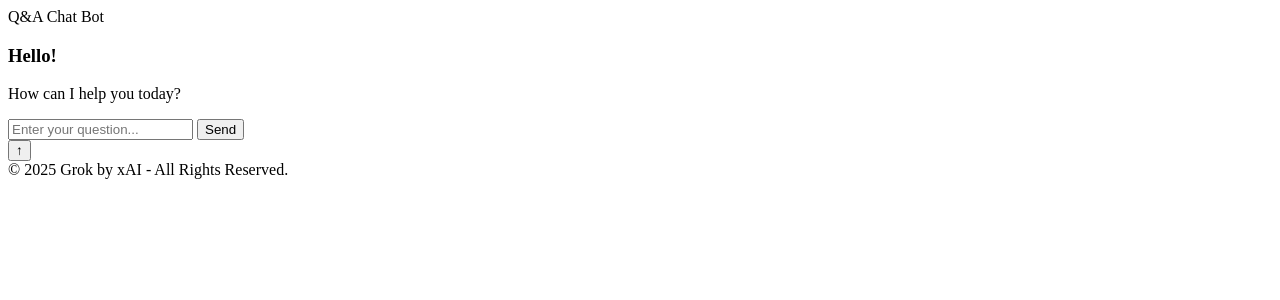
Repository: quankenda73/Prject_Final
Page: INDEX/Chat_bot.html
An editor plug-in stored every save of this project. The page is shown before and after the next save, followed by the edit.
The browser window is 1280 px wide. The pictures show the whole page.

Above is the page before, as saved 2025-04-02 15:02:01.

### INDEX/Chat_bot.html
<!DOCTYPE html>
<html lang="en">
<head>
    <meta charset="UTF-8">
    <meta name="viewport" content="width=device-width, initial-scale=1.0">
    <title>Q&A Chat Bot</title>
</head>
<body>

    <!-- Header -->
    <div class="header">Q&A Chat Bot</div>

    <!-- Chat container -->
    <div class="chat-container">
        <div class="chat-box" id="chat-body">
            <div class="chat-message bot-message">
                <h3>Hello!</h3>
                <p>How can I help you today?</p>
            </div>
        </div>
        <div class="chat-input">
            <input type="text" id="user-input" placeholder="Enter your question..." onkeypress="if(event.key === 'Enter') sendMessage();" />
            <button onclick="sendMessage()">Send</button>
        </div>
    </div>

    <!-- Scroll to top button -->
    <button class="scroll-top" onclick="scrollToTop()">↑</button>

    <!-- Footer -->
    <div class="footer">© 2025 Grok by xAI - All Rights Reserved.</div>

    <script>
        async function sendMessage() {
            const userInput = document.getElementById('user-input').value.trim();
            if (!userInput) return;

            appendMessage(userInput, 'user-message');

            try {
                const response = await fetch('http://localhost:3000/api/generate', {
                    method: 'POST',
                    headers: { 'Content-Type': 'application/json' },
                    body: JSON.stringify({ text: userInput })
                });

                if (!response.ok) {
                    throw new Error(`HTTP Error: ${response.status}`);
                }

                const data = await response.json();
                let botReply = extractBotReply(data);

                if (isStudyRelated(userInput)) {
                    botReply = formatStudyResponse(botReply);
                } else {
                    botReply = formatGeneralResponse(botReply);
                }

                appendMessage(botReply, 'bot-message');

            } catch (error) {
                console.error('Error:', error);
                appendMessage('<h3>Error</h3><p>Server connection error. Please try again later.</p>', 'bot-message');
            }

            document.getElementById('user-input').value = '';
            updateScrollTopButton();
        }

        function isStudyRelated(input) {
            const studyKeywords = ['math', 'equation', 'function', 'solve', 'study', 'exercise', 'physics', 'chemistry', 'literature', 'history', 'geography', 'geometry', 'algebra', 'integral', 'derivative', 'english', 'history', 'geography', 'physics', 'chemistry'];
            return studyKeywords.some(keyword => input.toLowerCase().includes(keyword));
        }

        function formatStudyResponse(reply) {
            return `
                <h3>Answer</h3>
                <p>${reply}</p>
                <h3>Reference Materials</h3>
                <ul>
                    <li>YouTube Video: <a href="https://www.youtube.com/watch?v=IWtkS9nBNkA" target="_blank">Related Topic Guide</a></li>
                    <li>PDF: <a href="https://www.mathsisfun.com/algebra/quadratic-equation.html" target="_blank">Detailed Material</a></li>
                </ul>
                <p><strong>Follow-up Question:</strong> Would you like me to explain any other problems?</p>
            `;
        }

        function formatGeneralResponse(reply) {
            return `
                <h3>Answer</h3>
                <p>${reply}</p>
            `;
        }

        function extractBotReply(data) {
            return data.reply || 'Sorry, I don\'t understand your question.';
        }

        function appendMessage(text, className) {
            const chatBody = document.getElementById('chat-body');
            const messageDiv = document.createElement('div');
            messageDiv.className = `chat-message ${className}`;
            messageDiv.innerHTML = text;
            chatBody.appendChild(messageDiv);
            chatBody.scrollTop = chatBody.scrollHeight;
        }

        function scrollToTop() {
            document.getElementById('chat-body').scrollTo({ top: 0, behavior: 'smooth' });
        }

        function updateScrollTopButton() {
            const chatBox = document.getElementById('chat-body');
            const scrollTopBtn = document.querySelector('.scroll-top');
            if (chatBox.scrollTop > 300) {
                scrollTopBtn.classList.add('show');
            } else {
                scrollTopBtn.classList.remove('show');
            }
        }

        document.getElementById('chat-body').addEventListener('scroll', updateScrollTopButton);
    </script>
</body>
</html>

### CSS/Home_Page.css

        /* Giữ nguyên toàn bộ CSS từ Home_Page.html trước đó */
        * {
            margin: 0;
            padding: 0;
            box-sizing: border-box;
            font-family: 'Segoe UI', Arial, sans-serif;
        }

        body {
            line-height: 1.6;
            color: #333;
            background-color: #f5f6fa;
            margin: 0;
        }

        header {
            background: linear-gradient(135deg, #007bff, #0056b3);
            color: white;
            padding: 2rem 0;
            position: relative;
            margin: 0;
        }

        .header-content {
            max-width: 1200px;
            margin: 0 auto;
            padding: 0 20px;
            text-align: center;
        }

        .header-content h1 {
            font-size: 2.5rem;
            margin-bottom: 0.5rem;
            animation: fadeInDown 1s ease;
        }

        .header-content p {
            font-size: 1.2rem;
            opacity: 0.9;
        }

        .login-container {
            position: absolute;
            top: 20px;
            right: 20px;
            display: flex;
            align-items: center;
            gap: 10px;
        }

        .login-link,
        .signup-link,
        .user-info,
        .logout-link {
            color: white;
            text-decoration: none;
            font-weight: 500;
            transition: opacity 0.3s, background 0.3s;
        }

        .signup-link,
        .logout-link {
            padding: 8px 15px;
            background: #0056b3;
            border-radius: 20px;
        }

        .login-link:hover,
        .signup-link:hover,
        .logout-link:hover {
            opacity: 0.8;
        }

        .signup-link:hover,
        .logout-link:hover {
            background: #003d5b;
        }

        .search-container {
            margin-top: 20px;
            display: flex;
            justify-content: center;
            gap: 10px;
        }

        .search-container input {
            padding: 10px 15px;
            width: 300px;
            border: none;
            border-radius: 25px;
            box-shadow: 0 2px 5px rgba(0,0,0,0.1);
        }

        .search-container button {
            padding: 10px 20px;
            background-color: #fff;
            color: #007bff;
            border: none;
            border-radius: 25px;
            cursor: pointer;
            transition: background-color 0.3s;
        }

        .search-container button:hover {
            background-color: #e9ecef;
        }

        nav {
            background-color: #ffffff;
            padding: 1rem 0;
            box-shadow: 0 2px 10px rgba(0,0,0,0.1);
            position: sticky;
            top: 0;
            z-index: 1000;
            margin: 0;
        }

        nav a {
            color: #2c3e50;
            text-decoration: none;
            padding: 12px 25px;
            margin: 0 10px;
            border-radius: 25px;
            transition: all 0.3s ease;
            font-weight: 500;
            cursor: pointer;
        }

        nav a:hover,
        nav a.active {
            background-color: #007bff;
            color: white;
            transform: translateY(-2px);
        }

        nav a.disabled {
            color: #888;
            cursor: not-allowed;
            pointer-events: none;
        }

        .slider {
            height: 500px;
            position: relative;
            overflow: hidden;
            background: #000;
            margin: 0;
        }

        .slider-images {
            display: flex;
            height: 100%;
            width: 500%;
            transition: transform 0.5s ease-in-out;
        }

        .slider-images img {
            width: 20%;
            height: 100%;
            object-fit: cover;
            flex-shrink: 0;
            opacity: 0.85;
            transition: opacity 0.3s;
        }

        .slider-caption {
            position: absolute;
            bottom: 30px;
            left: 50%;
            transform: translateX(-50%);
            color: white;
            text-align: center;
            background: rgba(0, 0, 0, 0.6);
            padding: 15px 30px;
            border-radius: 25px;
            animation: fadeInUp 1s ease;
        }

        .slider-nav {
            position: absolute;
            top: 50%;
            width: 100%;
            display: flex;
            justify-content: space-between;
            transform: translateY(-50%);
            padding: 0 20px;
        }

        .slider-nav button {
            background-color: rgba(255,255,255,0.9);
            color: #007bff;
            width: 45px;
            height: 45px;
            border-radius: 50%;
            border: none;
            font-size: 1.2rem;
            cursor: pointer;
            transition: all 0.3s;
        }

        .slider-nav button:hover {
            background-color: #007bff;
            color: white;
            transform: scale(1.1);
        }

        .slider-dots {
            position: absolute;
            bottom: 15px;
            left: 50%;
            transform: translateX(-50%);
            display: flex;
            gap: 10px;
        }

        .slider-dots .dot {
            width: 12px;
            height: 12px;
            background: rgba(255,255,255,0.5);
            border-radius: 50%;
            cursor: pointer;
            transition: all 0.3s;
        }

        .slider-dots .dot.active {
            background: #007bff;
            transform: scale(1.2);
        }

        .content-wrapper {
            display: flex;
            flex-wrap: wrap;
            max-width: 1400px;
            margin: 0;
            padding: 0 20px 0 0;
            gap: 20px;
        }

        main {
            flex: 1;
            max-width: 1200px;
            margin: 0;
            padding: 40px 20px;
            display: grid;
            grid-template-columns: repeat(auto-fit, minmax(300px, 1fr));
            gap: 30px;
            min-width: 0;
        }

        section {
            background: white;
            padding: 25px;
            border-radius: 10px;
            box-shadow: 0 4px 15px rgba(0,0,0,0.1);
            transition: transform 0.3s, box-shadow 0.3s;
            border: 2px solid #007bff;
        }

        section:hover {
            transform: translateY(-5px);
            box-shadow: 0 8px 20px rgba(0,0,0,0.15);
        }

        section i {
            font-size: 2.5rem;
            color: #007bff;
            margin-bottom: 15px;
        }

        section h2 {
            color: #2c3e50;
            margin-bottom: 15px;
            font-size: 1.5rem;
            text-transform: uppercase;
        }

        .btn {
            display: inline-block;
            padding: 10px 20px;
            background-color: #007bff;
            color: white;
            text-decoration: none;
            border-radius: 25px;
            margin-top: 15px;
            transition: all 0.3s;
            cursor: pointer;
        }

        .btn:hover {
            background-color: #0056b3;
            transform: translateY(-2px);
        }

        .btn.disabled {
            background-color: #888;
            cursor: not-allowed;
            pointer-events: none;
        }

        .sidebar {
            width: 200px;
            height: auto;
            background-color: #2c3e50;
            position: static;
            padding: 20px 0;
            box-shadow: 2px 0 5px rgba(0, 0, 0, 0.1);
            overflow-y: auto;
            transition: all 0.3s ease;
            margin: 0;
            color: #fff;
        }

        .sidebar-header {
            text-align: center;
            padding-bottom: 20px;
            border-bottom: 1px solid #ddd;
        }

        .sidebar-logo {
            width: 40px;
            height: 40px;
            border-radius: 50%;
            margin-bottom: 10px;
        }

        .sidebar-header h2 {
            font-size: 1.3rem;
            color: #4dabf7;
            margin: 0;
            font-weight: 600;
        }

        .sidebar-menu {
            list-style: none;
            padding: 0;
            margin: 0;
        }

        .sidebar-menu li {
            padding: 10px 15px;
        }

        .sidebar-menu a {
            text-decoration: none;
            color: #fff;
            font-size: 0.95rem;
            display: flex;
            align-items: center;
            gap: 8px;
            transition: all 0.3s ease;
            border-radius: 5px;
            cursor: pointer;
        }

        .sidebar-menu a i {
            font-size: 1.1rem;
            color: #4dabf7;
        }

        .sidebar-menu a:hover,
        .sidebar-menu a.active {
            background-color: #4dabf7;
            color: white;
        }

        .sidebar-menu a:hover i,
        .sidebar-menu a.active i {
            color: white;
        }

        .sidebar-menu a.disabled {
            color: #888;
            cursor: not-allowed;
            pointer-events: none;
        }

        footer {
            background: #003d5b;
            color: white;
            padding: 50px 20px;
            border-top: 4px solid #007bff;
            margin: 0;
        }

        .footer-title {
            text-align: center;
            padding-bottom: 20px;
        }

        .footer-content {
            max-width: 1200px;
            margin: 0 auto;
            display: grid;
            grid-template-columns: 1fr;
            gap: 40px;
        }

        .footer-content h2 {
            font-size: 2rem;
            margin-bottom: 20px;
            color: #fff;
            text-transform: uppercase;
        }

        .test-categories {
            display: grid;
            grid-template-columns: repeat(auto-fit, minmax(180px, 1fr));
            gap: 20px;
            justify-content: space-between;
        }

        .test-category {
            background: rgba(255,255,255,0.1);
            padding: 20px;
            border-radius: 10px;
            transition: all 0.3s;
        }

        .test-category:hover {
            background: rgba(255,255,255,0.2);
            transform: translateY(-5px);
        }

        .test-category h3 {
            color: #fff;
            margin-bottom: 15px;
            font-size: 1.2rem;
        }

        .test-category p {
            color: #e9ecef;
            font-size: 0.95rem;
            margin: 5px 0;
        }

        .footer-info {
            text-align: center;
            margin-top: 30px;
            padding-top: 20px;
            border-top: 1px solid rgba(255,255,255,0.2);
        }

        .footer-info p {
            margin: 5px 0;
            color: #e9ecef;
        }

        .footer-info a {
            color: #4dabf7;
            text-decoration: none;
            transition: color 0.3s;
        }

        .footer-info a:hover {
            color: #fff;
        }

        .back-to-top {
            background: #007bff;
            padding: 12px;
            border-radius: 50%;
            box-shadow: 0 2px 5px rgba(0,0,0,0.2);
            transition: all 0.3s;
            position: fixed;
            bottom: 20px;
            right: 20px;
            z-index: 1000;
            display: none;
        }

        .back-to-top:hover {
            background: #0056b3;
            transform: scale(1.1);
        }

        @keyframes fadeInDown {
            from { opacity: 0; transform: translateY(-20px); }
            to { opacity: 1; transform: translateY(0); }
        }

        @keyframes fadeInUp {
            from { opacity: 0; transform: translateY(20px); }
            to { opacity: 1; transform: translateY(0); }
        }

        @media (max-width: 768px) {
            .content-wrapper {
                flex-direction: column;
            }
            .sidebar {
                width: 100%;
                margin-right: 0;
            }
            main {
                width: 100%;
            }
        }

        @media (max-width: 480px) {
            .sidebar {
                width: 100%;
                padding: 20px 0;
            }
        }

After the next save:
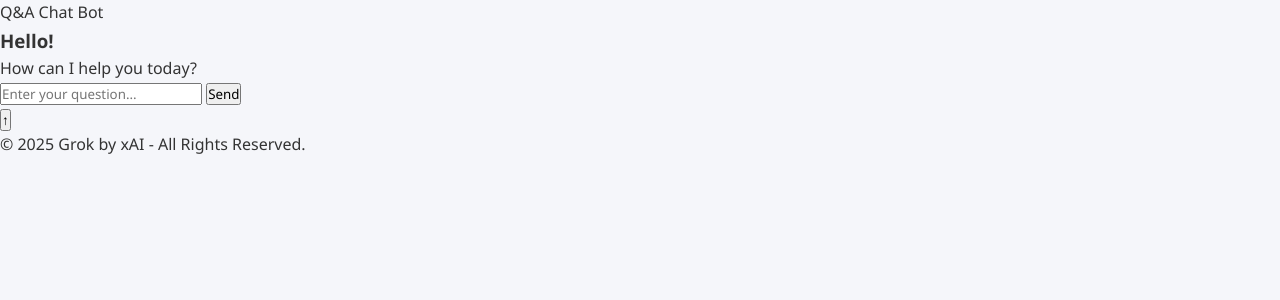
Saved 23 s later.
--- a/INDEX/Chat_bot.html
+++ b/INDEX/Chat_bot.html
@@ -3,6 +3,7 @@
 <head>
     <meta charset="UTF-8">
     <meta name="viewport" content="width=device-width, initial-scale=1.0">
+    <link rel="stylesheet" href="../CSS/Home_Page.css">
     <title>Q&A Chat Bot</title>
 </head>
 <body>
